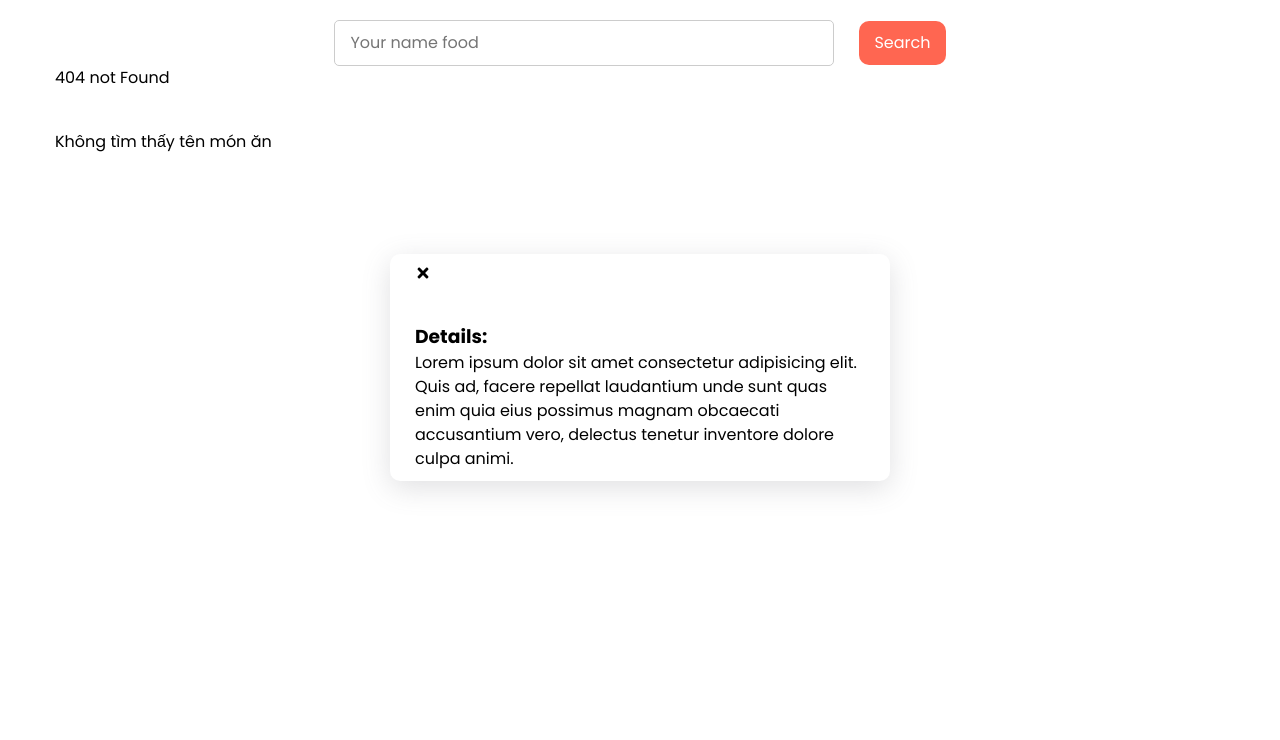
Repository: hoang0508/ReactJsDevWork
Page: /
The author's editor kept a copy of each file at every save. The page is drawn from the files as they stood at one save, then again after the next save.
The browser window is 1280 px wide. The pictures show the whole page.
The page's requests for data from a server got no answer. The project was rebuilt for these pictures with package versions that can differ from the ones it lists, and the page was loaded fresh each time. No one was signed in, and anything a server would have sent is missing.

Above is the page before, as saved 2022-02-06 09:22:08.

After the next save:
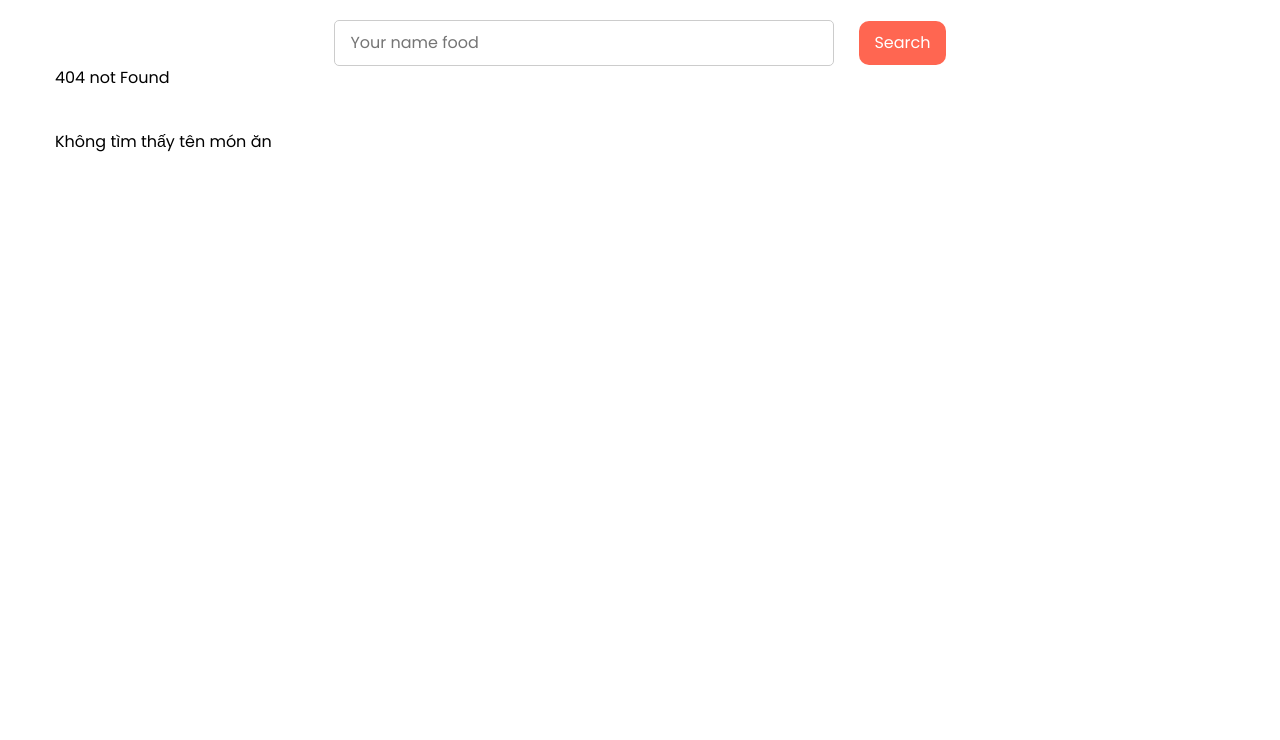
Saved 6 min 47 s later.
--- a/src/components/FoodApi/Food.js
+++ b/src/components/FoodApi/Food.js
@@ -1,5 +1,5 @@
 // import lodas from "lodash";
-import React, { useState } from "react";
+import React, { useEffect, useRef, useState } from "react";
 import useHookFoodAPI from "../../hooks/useHookFoodAPI";
 import useHookFoodAPI2 from "../../hooks/useHookFoodAPI2";
 import "./Food.scss";
@@ -29,7 +29,9 @@ const Food = () => {
     e.preventDefault();
     setUrl2(`https://www.themealdb.com/api/json/v1/1/lookup.php?i=${id}`);
   };
-  console.log(dataL.meals);
+  // ref
+  const refModal = useRef(null);
+  const [modalShow, setModalShow] = useState(false);
   return (
     <>
       <div className="food">
@@ -76,31 +78,33 @@ const Food = () => {
               );
             })}
         </div>
-        <div className="food-modal">
-          <div className="food-container">
-            <div className="food-close">
-              <FaTimes />
-            </div>
-            {dataL.meals &&
-              dataL.meals.length &&
-              dataL.meals.map((item, index) => (
-                <div key={item.idMeal}>
-                  <div>{item.strMeal}</div>
-                </div>
-              ))}
-            <div className="food-title"></div>
-            <h3>Details: </h3>
-            <div className="food-desc">
-              Lorem ipsum dolor sit amet consectetur adipisicing elit. Quis ad,
-              facere repellat laudantium unde sunt quas enim quia eius possimus
-              magnam obcaecati accusantium vero, delectus tenetur inventore
-              dolore culpa animi.
-            </div>
-            <div className="modal-images">
-              <img src="" alt="" />
+        {modalShow && (
+          <div className="food-modal" ref={refModal}>
+            <div className="food-container">
+              <div className="food-close">
+                <FaTimes />
+              </div>
+              {dataL.meals &&
+                dataL.meals.length &&
+                dataL.meals.map((item, index) => (
+                  <div key={item.idMeal}>
+                    <div>{item.strMeal}</div>
+                  </div>
+                ))}
+              <div className="food-title"></div>
+              <h3>Details: </h3>
+              <div className="food-desc">
+                Lorem ipsum dolor sit amet consectetur adipisicing elit. Quis
+                ad, facere repellat laudantium unde sunt quas enim quia eius
+                possimus magnam obcaecati accusantium vero, delectus tenetur
+                inventore dolore culpa animi.
+              </div>
+              <div className="modal-images">
+                <img src="" alt="" />
+              </div>
             </div>
           </div>
-        </div>
+        )}
       </div>
     </>
   );
